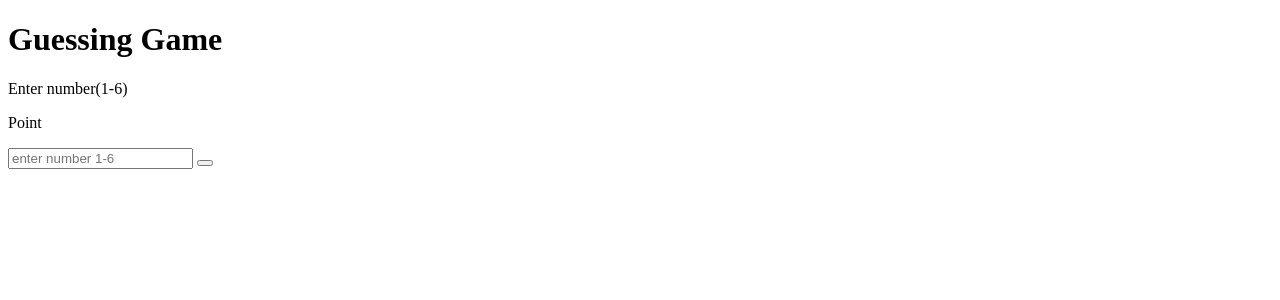
Repository: sedashahnazaryan/Guessing-Game
Page: index.html
The author's editor kept a copy of each file at every save. The page is drawn from the files as they stood at one save, then again after the next save.
The browser window is 1280 px wide. The pictures show the whole page.

Above is the page before, as saved 2022-02-23 19:18:02.

After the next save:
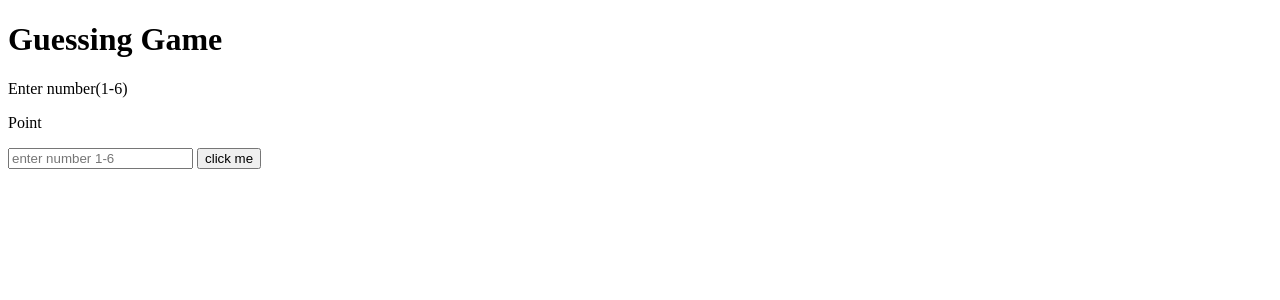
Saved 27 s later.
--- a/index.html
+++ b/index.html
@@ -13,7 +13,7 @@
      <p class="enter">Enter number(1-6)</p>
      <p class="p">Point</p>
      <input type="number" id="value" placeholder="enter number 1-6">
-<button id=""></button>
+     <button class="btn" id="button">click me</button>
     </div>
  <script src="./index.js"></script>
 </body>
